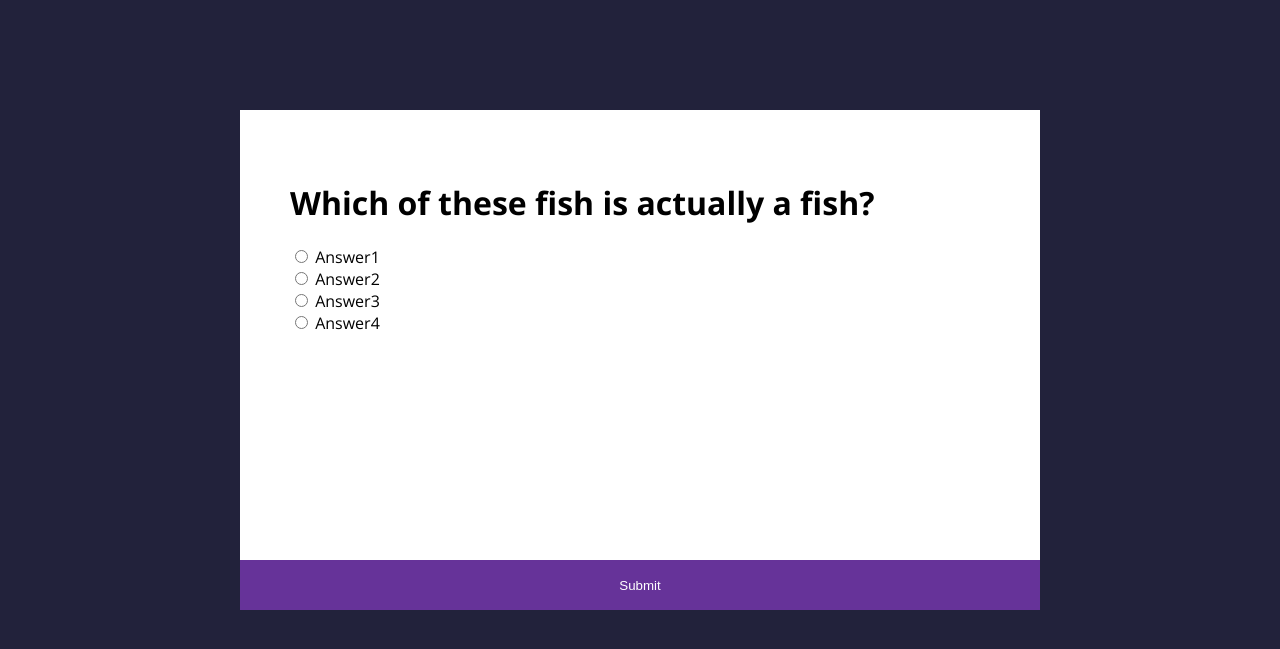
Repository: Wanglongzhi2001/Learn-javascript
Page: quiz/quiz.html
These files come from the project's save history. The page is drawn as it stood at one moment and after the next save; the edit follows.
The browser window is 1280 px wide. The pictures show the whole page.

Above is the page before, as saved 2023-02-02 19:37:37.

After the next save:
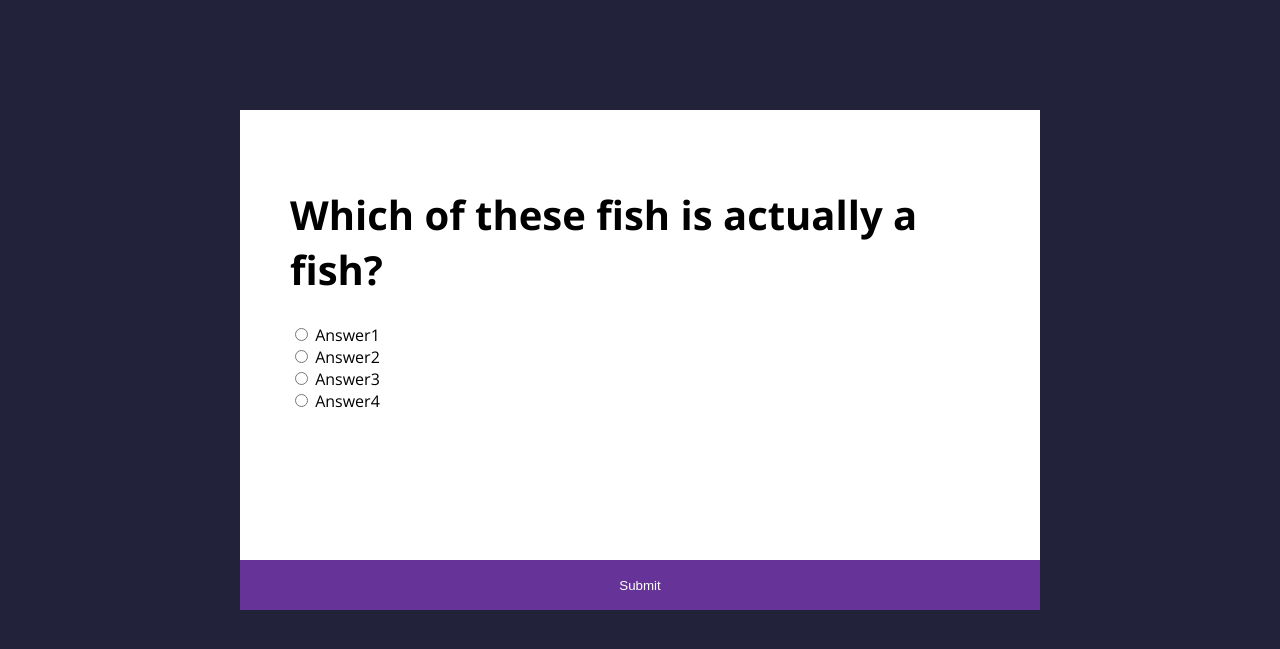
Saved 36 s later.
--- a/quiz/quiz.css
+++ b/quiz/quiz.css
@@ -16,6 +16,10 @@ body{
 .content{
     padding: 50px;
 }
+
+.question{
+    font-size: 40px;
+}
 /* 使用绝对位置调整submit按钮位置 */
 .submit{
     background-color: rebeccapurple;
